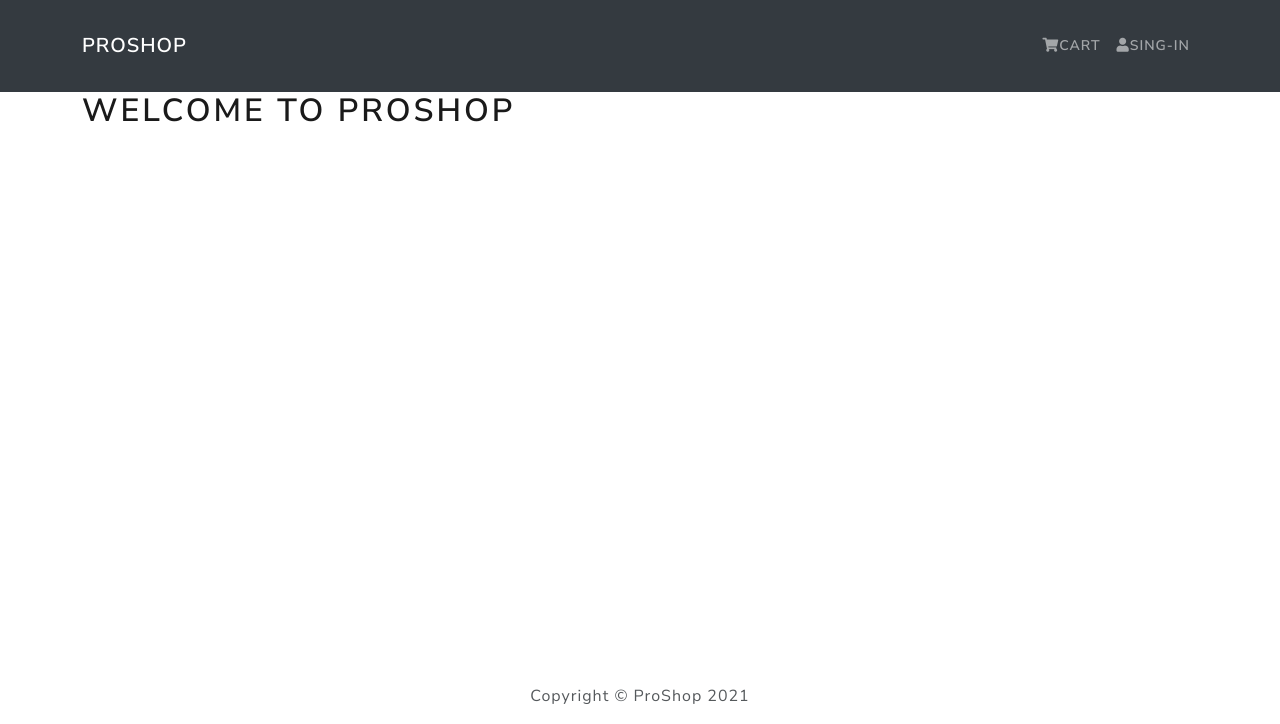
Repository: Erangr90/ProShop
Page: / (app in frontend/)
An editor plug-in stored every save of this project. The page is shown before and after the next save, followed by the edit.
The browser window is 1280 px wide. The pictures show the whole page.
The project was rebuilt for these pictures with package versions that can differ from the ones it lists, and the page was loaded fresh each time.

Above is the page before, as saved 2021-05-29 18:34:54.

### frontend/public/index.html
<!DOCTYPE html>
<html lang="en">
  <head>
    <meta charset="utf-8" />
    <link rel="icon" href="%PUBLIC_URL%/favicon.ico" />
    <link rel="stylesheet" href="https://cdnjs.cloudflare.com/ajax/libs/font-awesome/5.15.3/css/all.min.css" integrity="sha512-iBBXm8fW90+nuLcSKlbmrPcLa0OT92xO1BIsZ+ywDWZCvqsWgccV3gFoRBv0z+8dLJgyAHIhR35VZc2oM/gI1w==" crossorigin="anonymous" referrerpolicy="no-referrer" />
    <meta name="viewport" content="width=device-width, initial-scale=1" />
    <meta name="theme-color" content="#000000" />
    <meta
      name="description"
      content="ProShop - the best prices"
    />
    <link rel="apple-touch-icon" href="%PUBLIC_URL%/logo192.png" />
    <link rel="manifest" href="%PUBLIC_URL%/manifest.json" />
    <title>Welcome to ProShop</title>
  </head>
  <body>
    <div id="root"></div>
  </body>
</html>

### frontend/src/App.js
import React from 'react'
import { Container } from 'react-bootstrap'
import Header from './components/Header'
import Footer from './components/Footer'

function App() {
  return (
    <>
    <Header/>
    <main>
    <Container><h1>Welcome to ProShop</h1></Container>
    </main>
    <Footer/>
    </>
  );
}

export default App;

### frontend/src/components/Header.jsx
import React from 'react'
import {Navbar,Nav, Container} from 'react-bootstrap'

const Header = () => {
    return (
        <header>
            <Navbar bg="dark" variant='dark' expand="lg" collapseOnSelect>
            <Container>
                <Navbar.Brand href="/">ProShop</Navbar.Brand>
                <Navbar.Toggle aria-controls="basic-navbar-nav"/>
                <Navbar.Collapse id="basic-navbar-nav" >
                    <Nav className='ms-auto'>
                        <Nav.Link href="/cart"><i className='fas fa-shopping-cart'></i>Cart</Nav.Link>
                        <Nav.Link href="/login"><i className='fas fa-user'></i>Sing-in</Nav.Link>
                    </Nav>
                </Navbar.Collapse>
            </Container>
            </Navbar>
        </header>
    )
}

export default Header

### frontend/src/components/Footer.jsx
import React from 'react'
import { Container,Row,Col } from 'react-bootstrap'

const Footer = () => {
    return (
        <footer>
        <Container>
            <Row>
                <Col className='text-center py-3'>
                    Copyright &copy; ProShop 2021
                </Col>
            </Row>
        </Container>
        </footer>
    )
}

export default Footer

Loaded but not shown: frontend/src/index.js (common file); frontend/src/bootstrap.min.css (library); frontend/src/index.css (common file); frontend/src/reportWebVitals.js (common file)

After the next save:
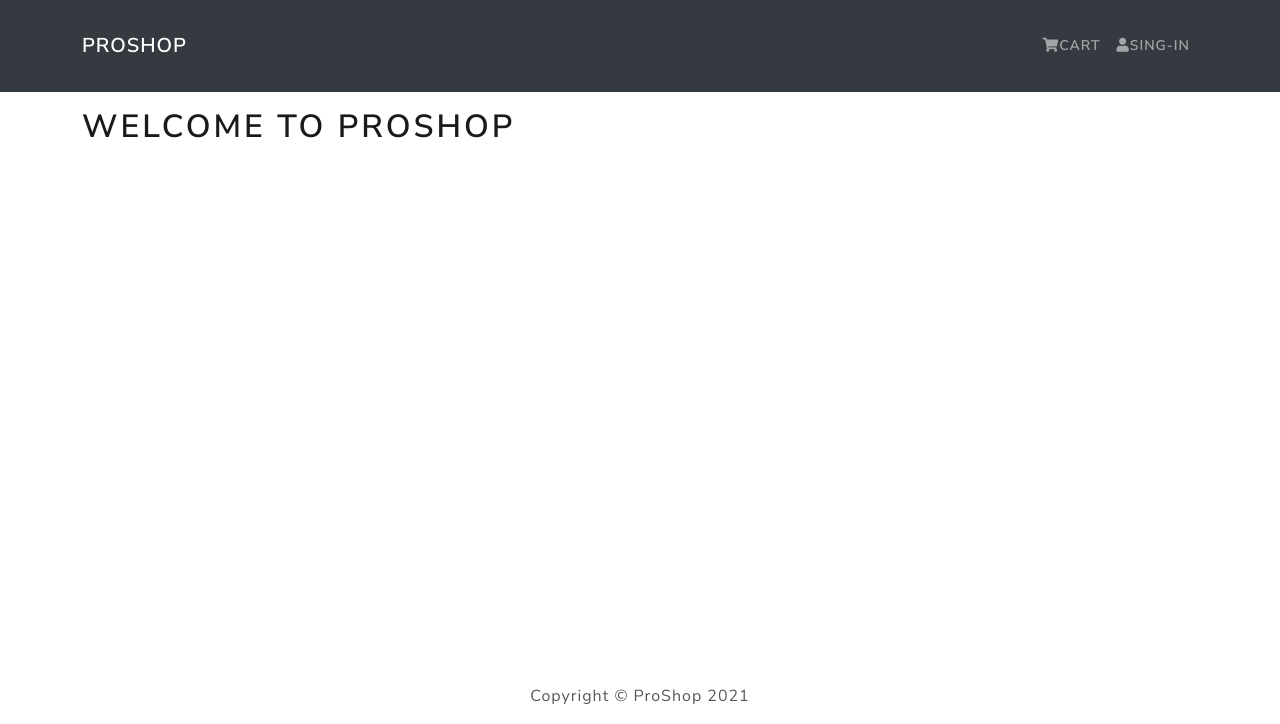
Saved 38 s later.
--- a/frontend/src/App.js
+++ b/frontend/src/App.js
@@ -7,7 +7,7 @@
   return (
     <>
     <Header/>
-    <main>
+    <main className='py-3'>
     <Container><h1>Welcome to ProShop</h1></Container>
     </main>
     <Footer/>
